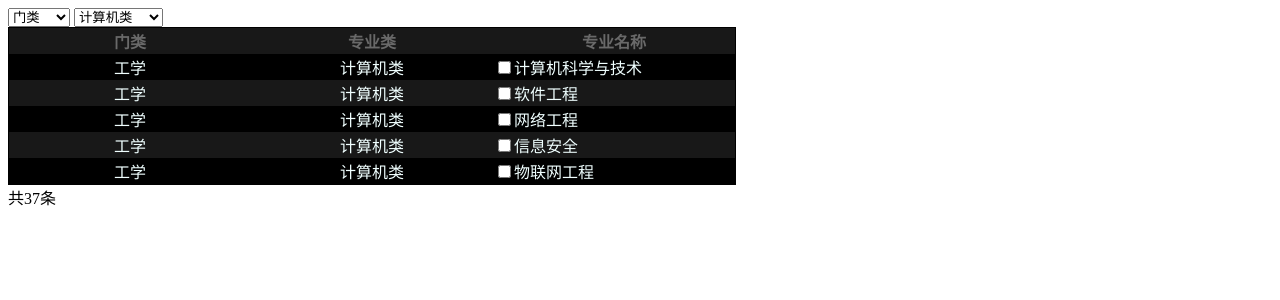
Repository: akaCSDN/test
Page: 1.html
These files come from the project's save history. The page is drawn as it stood at one moment and after the next save; the edit follows.
The browser window is 1280 px wide. The pictures show the whole page.

Above is the page before, as saved 2022-12-07 22:55:39.
Console error: TypeError: Cannot set properties of null (setting 'onchange')

### 1.html
<!DOCTYPE html>
<html lang="en">
<head>
    <meta charset="UTF-8">
    <meta http-equiv="X-UA-Compatible" content="IE=edge">
    <meta name="viewport" content="width=device-width, initial-scale=1.0">
    <title>Document</title>

    <style type="text/css">
        table{
            border: 1px solid black;
            background-color: black;
            color: azure;
        }
        table th,td{
            /* border: 1px solid black; */
            width: 240px;
            height: 23px;
            text-align: center;
        }
        table tr:nth-child(odd){
            background-color: rgba(167, 167, 167, 0.147);
        }
        table tr td:nth-child(3){
            text-align: left;
            /* padding-left: 20px; */
        }


    </style>
</head>
<body>
    <script type="text/javascript" src="JS/1table.js"></script>
    <select id="pid" >
        <option>门类</option>
        <option>工学</option>
        <option>理学</option>
        <option>文学</option>
        <option>教育学</option>
        <option>法学</option>
    </select>
    <select>
        <option>计算机类</option>
        <option>工商管理类</option>
        <option>电子商务类</option>
        <option>电子信息类</option>
        <option>材料类</option>
    </select>
    <table cellspacing="0" id="table_All">
        <tr style="color: rgb(105, 105, 105);">
            <th>门类</th>
            <th>专业类</th>
            <th>专业名称</th>
        </tr>
        <tr>
            <td>工学</td>
            <td>计算机类</td>

            <td><input type="checkbox" name="" id="">计算机科学与技术</td>
        </tr>
        <tr>
            <td>工学</td>
            <td>计算机类</td>
            <td><input type="checkbox" name="" id="">软件工程</td>
        </tr>
        <tr>
            <td>工学</td>
            <td>计算机类</td>
            <td><input type="checkbox" name="" id="">网络工程</td>
        </tr>
        <tr>
            <td>工学</td>
            <td>计算机类</td>
            <td><input type="checkbox" name="" id="">信息安全</td>
        </tr>
        <tr>
            <td>工学</td>
            <td>计算机类</td>
            <td><input type="checkbox" name="" id="">物联网工程</td>
        </tr>
    </table>
    <div class="shuliang">
        <a>共<span>37</span>条</a>

    </div>
    <!-- <script src="./JS/1table.js"></script> -->
    <script>
        var pid=document.getElementById("pid");//拿到select对象
    pid.onchange=function(){
        var number=pid.options[pid.selectedIndex].text;//pid.selectedIndex ①拿到选中项的索引,标签没有value的情况下，直接打印text文本内容
        change(number);
        // alert(number)
    }
    function change(number){

}
function data(){
    var map=new Map();
map.set(
    ("工学",{"计算机类":[1,2,3],"工商管理类":[4,5,6],"电子信息类":[7,8,9]}),

    ("理学",{"数学类":[11,12,13],"心理学类":[21,22,23]})
)
}
    </script>
</body>

</html>

### JS/1table.js


var pid=document.getElementById("pid");//拿到select对象
    pid.onchange=function(){
        var number=pid.options[pid.selectedIndex].text;//pid.selectedIndex ①拿到选中项的索引,标签没有value的情况下，直接打印text文本内容
        // change(number);
        alert(number)
    }
//     function change(number){
//         alert(number)
// }
function data(){
    var map=new Map();
map.set(
    ("工学",{"计算机类":[1,2,3],"工商管理类":[4,5,6],"电子信息类":[7,8,9]}),

    ("理学",{"数学类":[11,12,13],"心理学类":[21,22,23]})
)
}

After the next save:
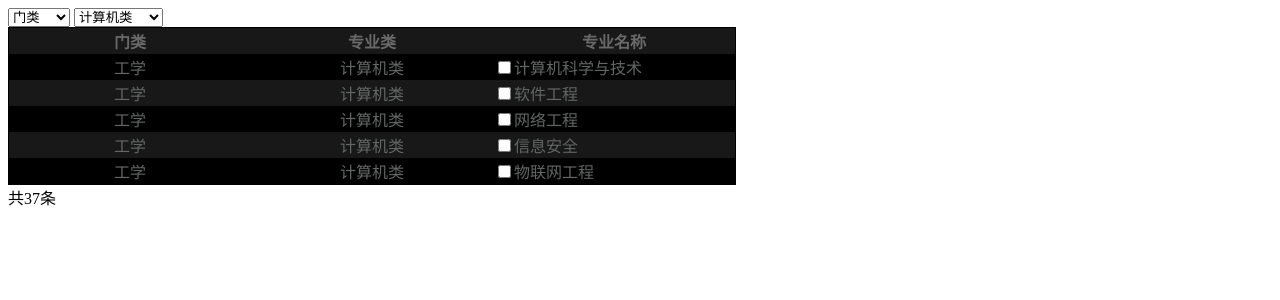
Saved 37 s later.
--- a/1.html
+++ b/1.html
@@ -10,7 +10,7 @@
         table{
             border: 1px solid black;
             background-color: black;
-            color: azure;
+            color: rgb(99, 102, 102);
         }
         table th,td{
             /* border: 1px solid black; */
